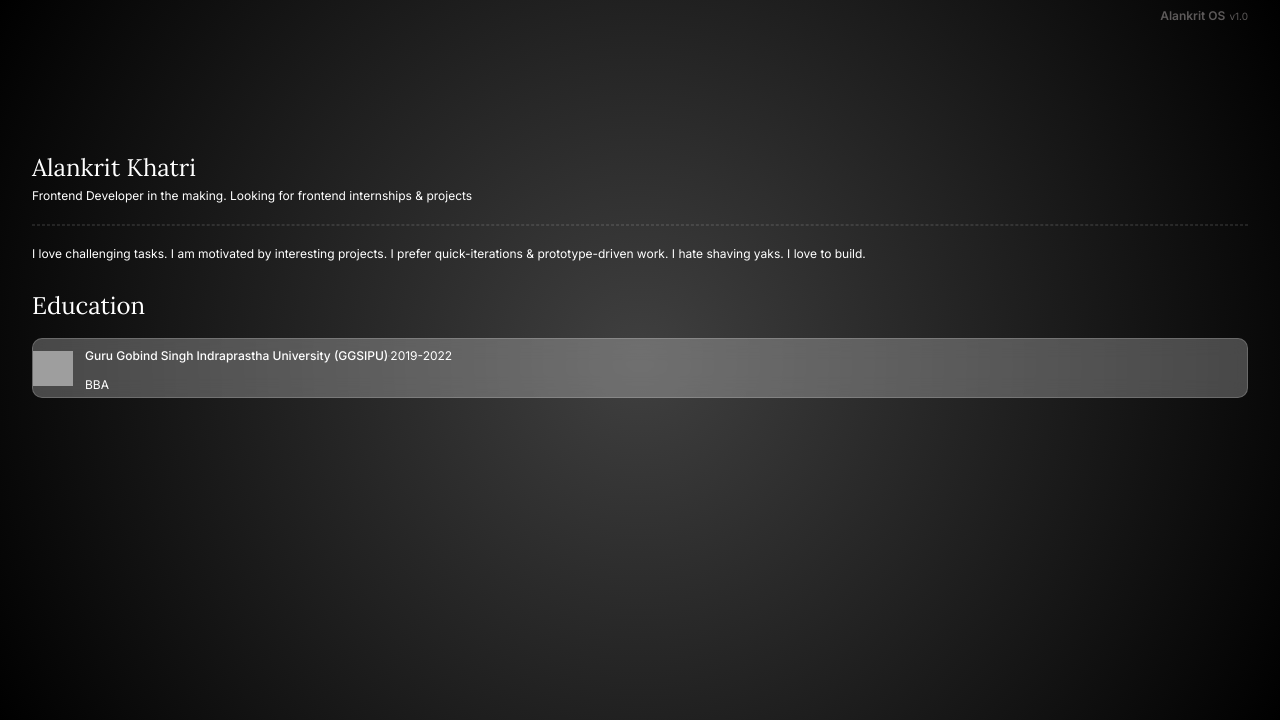
Repository: alankritkhatri/alankrit.xyz
Page: /
The author's editor kept a copy of each file at every save. The page is drawn from the files as they stood at one save, then again after the next save.
The browser window is 1280 px wide. The pictures show the whole page.
Pictures or frames that could not be fetched are drawn as grey boxes. The project was rebuilt for these pictures with package versions that can differ from the ones it lists, and the page was loaded fresh each time. Also part of the build but not shown: vite.config.js, src/blog.jsx.

Above is the page before, as saved 2024-08-11 21:21:29.

After the next save:
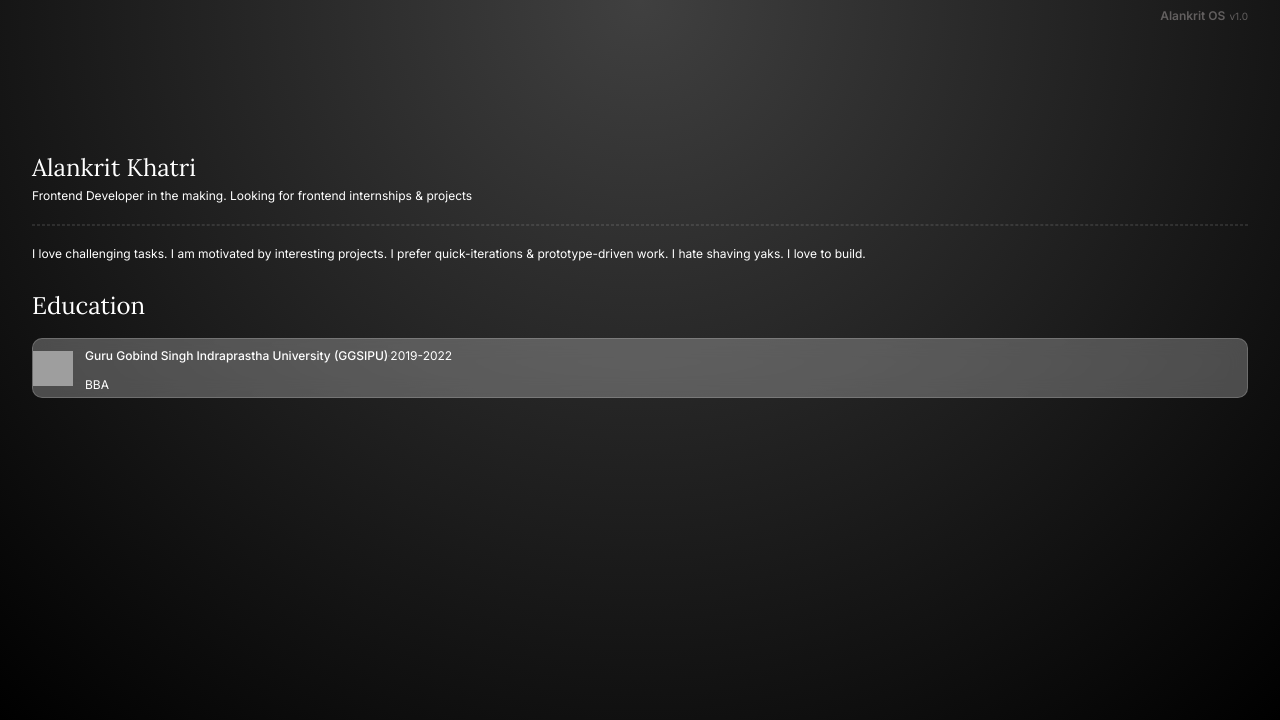
Saved 11 s later.
--- a/src/App.css
+++ b/src/App.css
@@ -7,7 +7,7 @@
 
 body,html{
   min-height: 100vh;
- background: radial-gradient(circle at center, #404040, #000000);
+ background: radial-gradient(circle at top, #404040, #000000);
 }
 .main {
   h1 {
